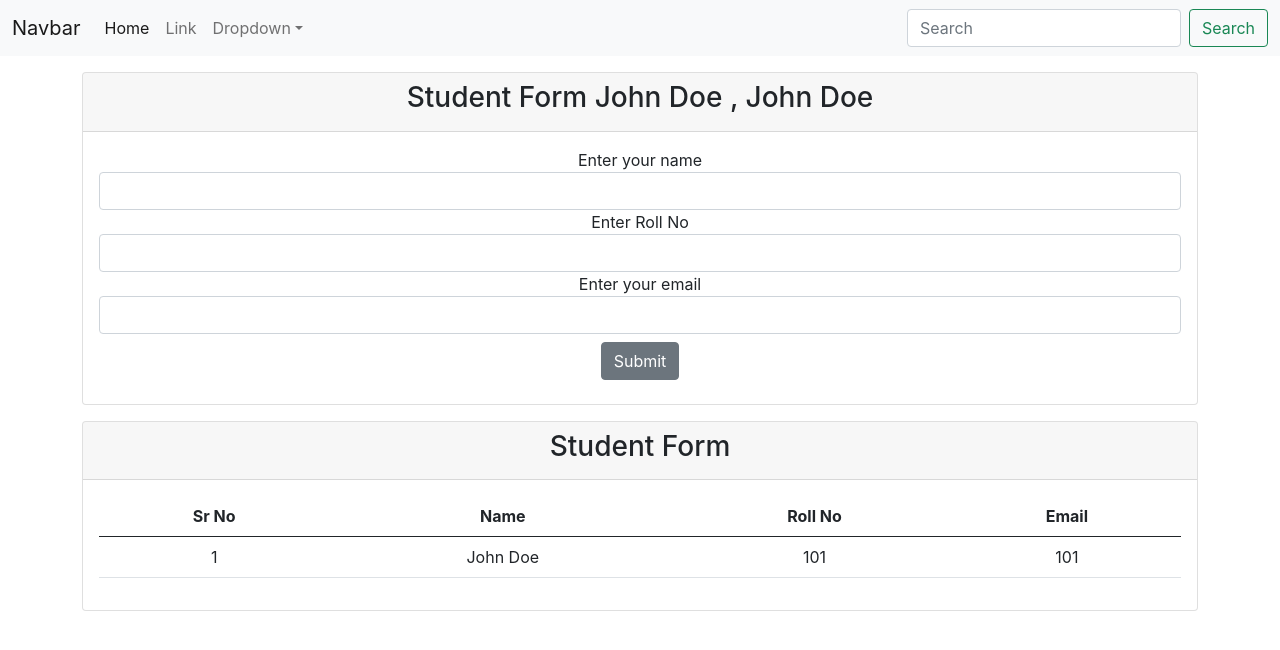
Repository: Ali0548/WebEducatorz-Batch6-7-9-10
Page: / (app in frontend/)
The author's editor kept a copy of each file at every save. The page is drawn from the files as they stood at one save, then again after the next save.
The browser window is 1280 px wide. The pictures show the whole page.
The project was rebuilt for these pictures with package versions that can differ from the ones it lists, and the page was loaded fresh each time.

Above is the page before, as saved 2023-12-02 16:23:42.

### frontend/src/App.js
import logo from './logo.svg';
import './App.css';
import Navbar from './components/Navbar';
import StudentForm from './components/StudentForm';
import ViewStudents from './components/ViewStudents';

function App() {
  return (
    <div className="App">
      <Navbar />
      <StudentForm />
      <ViewStudents />
    </div>
  );
}

export default App;

### frontend/src/components/Navbar.jsx
import React from 'react'

const Navbar = () => {
  return (
    <>
    <nav className="navbar navbar-expand-lg navbar-light bg-light">
        <div className="container-fluid">
          <a className="navbar-brand" href="#">Navbar</a>
          <button className="navbar-toggler" type="button" data-bs-toggle="collapse" data-bs-target="#navbarSupportedContent" aria-controls="navbarSupportedContent" aria-expanded="false" aria-label="Toggle navigation">
            <span className="navbar-toggler-icon"></span>
          </button>
          <div className="collapse navbar-collapse" id="navbarSupportedContent">
            <ul className="navbar-nav me-auto mb-2 mb-lg-0">
              <li className="nav-item">
                <a className="nav-link active" aria-current="page" href="#">Home</a>
              </li>
              <li className="nav-item">
                <a className="nav-link" href="#">Link</a>
              </li>
              <li className="nav-item dropdown">
                <a className="nav-link dropdown-toggle" href="#" id="navbarDropdown" role="button" data-bs-toggle="dropdown" aria-expanded="false">
                  Dropdown
                </a>
                <ul className="dropdown-menu" aria-labelledby="navbarDropdown">
                  <li><a className="dropdown-item" href="#">Action</a></li>
                  <li><a className="dropdown-item" href="#">Another action</a></li>
                  <li><hr className="dropdown-divider" /></li>
                  <li><a className="dropdown-item" href="#">Something else here</a></li>
                </ul>
              </li>

            </ul>
            <form className="d-flex">
              <input className="form-control me-2" type="search" placeholder="Search" aria-label="Search" />
              <button className="btn btn-outline-success" type="submit">Search</button>
            </form>
          </div>
        </div>
      </nav>
    </>
  )
}

export default Navbar

### frontend/src/components/StudentForm.jsx
import React, {useState, useEffect} from 'react'

const StudentForm = () => {
    const [other, setOther] = useState("John Doe");

    let name = "John Doe";
    function changeName(){
        name = "WebEducatorz";
        setOther("WebEducatorz");
    }
    // Imagine this function is fetching data from an API or Database
    const getData = () => {
        console.log("Hello World");
    }
    useEffect(()=>{
      alert("Hello World")
        getData();
    }, [])
  return (
    <>
    <div className="container my-3">
        <div className="card">
          <div className="card-header">
            <h3 className="card-title">Student Form {name} , {other}</h3>
          </div>
          <div className="card-body">
            <div className="form-group">
              <label htmlFor="">Enter your name</label>
              <input type="text" className="form-control" />
            </div>
            <div className="form-group">
              <label htmlFor="">Enter Roll No</label>
              <input type="text" className="form-control" />
            </div>
            <div className="form-group">
              <label htmlFor="">Enter your email</label>
              <input type="text" className="form-control" />
            </div>
            <button onClick={changeName} className="btn btn-secondary my-2">Submit</button>
          </div>
        </div>
      </div>
    </>
  )
}

export default StudentForm

### frontend/src/components/ViewStudents.jsx
import React from 'react'

const ViewStudents = () => {
  return (
    <>
    <div className="container my-3">
        <div className="card">
          <div className="card-header">
            <h3 className="card-title">Student Form</h3>
          </div>
          <div className="card-body">
           <table className="table">
            <thead>
              <tr>
                <th>Sr No</th>
                <th>Name</th>
                <th>Roll No</th>
                <th>Email</th>

              </tr>
            </thead>
            <tbody>
              <tr>
                <td>1</td>
                <td>John Doe</td>
                <td>101</td>
                <td>101</td>
              </tr>
            </tbody>
           </table>
          </div>
        </div>
      </div>
    </>
  )
}

export default ViewStudents

Loaded but not shown: frontend/public/index.html (common file); frontend/src/index.js (common file); frontend/src/index.css (common file); frontend/src/reportWebVitals.js (common file); frontend/src/App.css (common file)

After the next save:
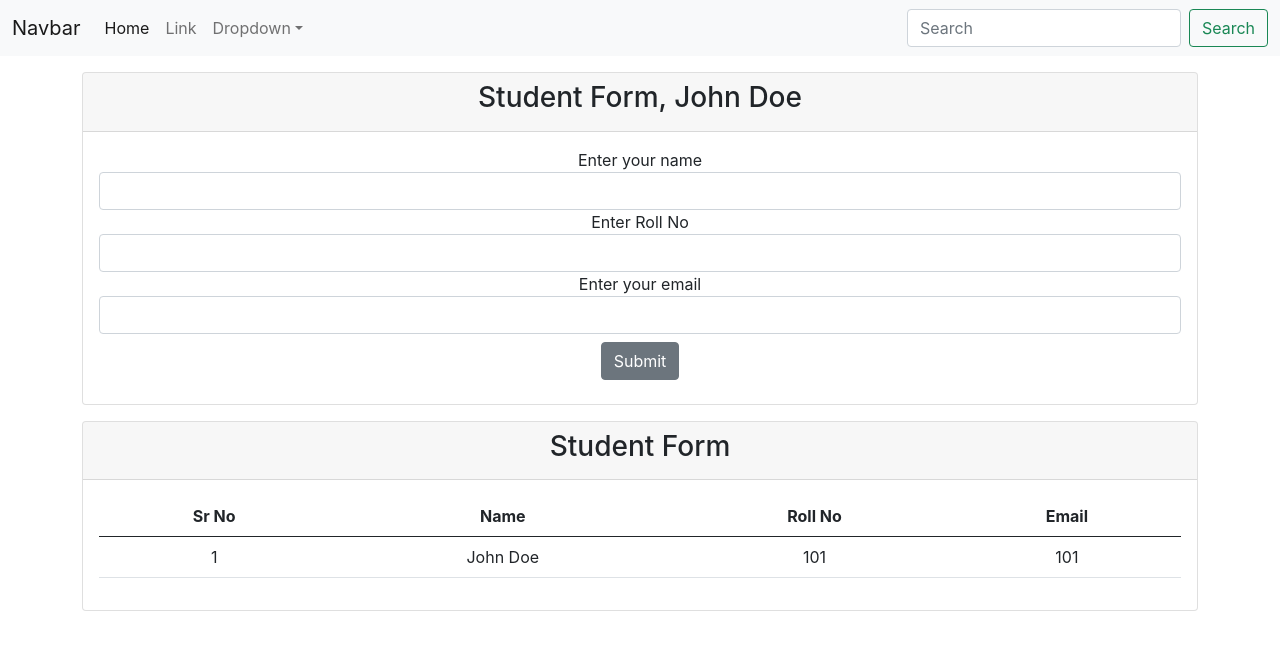
Saved 6 min 48 s later.
--- a/frontend/src/components/StudentForm.jsx
+++ b/frontend/src/components/StudentForm.jsx
@@ -3,10 +3,9 @@ import React, {useState, useEffect} from 'react'
 const StudentForm = () => {
     const [other, setOther] = useState("John Doe");
 
-    let name = "John Doe";
     function changeName(){
-        name = "WebEducatorz";
         setOther("WebEducatorz");
+        console.log(other)
     }
     // Imagine this function is fetching data from an API or Database
     const getData = () => {
@@ -21,7 +20,7 @@ const StudentForm = () => {
     <div className="container my-3">
         <div className="card">
           <div className="card-header">
-            <h3 className="card-title">Student Form {name} , {other}</h3>
+            <h3 className="card-title">Student Form, {other}</h3>
           </div>
           <div className="card-body">
             <div className="form-group">
